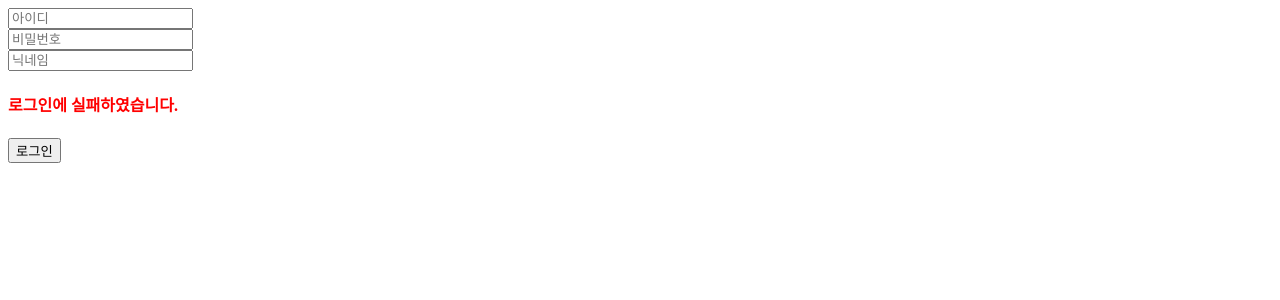
Repository: hanbeen03/javabasic
Page: http://localhost/JSPBasic/04-session/session_login.jsp
An editor plug-in stored every save of this project. The page is shown before and after the next save, followed by the edit.
The browser window is 1280 px wide. The pictures show the whole page.
The page is served by Tomcat 9.

Above is the page before, as saved 2021-08-03 05:21:31.

After the next save:
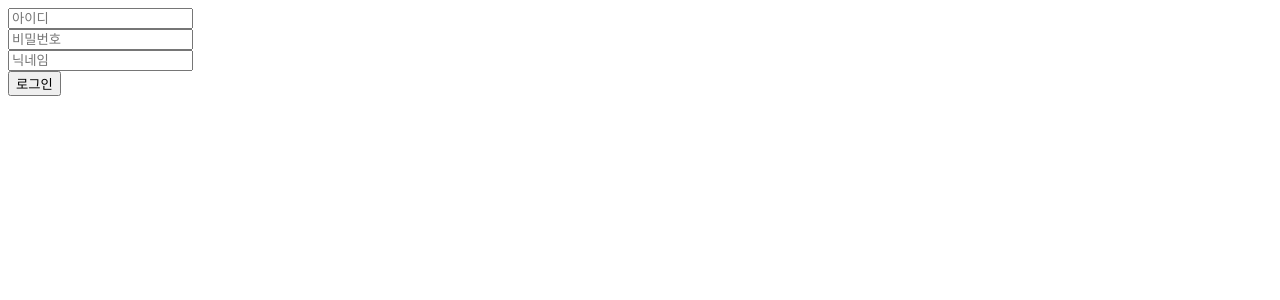
Saved 41 s later.
--- a/JSPBasic/WebContent/04-session/session_login.jsp
+++ b/JSPBasic/WebContent/04-session/session_login.jsp
@@ -29,9 +29,10 @@
 			pw = request.getParameter("loginPw");
 			}
 
-			if( !(id.equals("kkk1234")) || !(pw.equals("1111"))) { %>
-				<h4><font color="red">로그인에 실패하였습니다.</font></h4>
-		<% 	} %>
+			if(request.getParameter("loginId") != null) {
+				if( !(id.equals("kkk1234")) || !(pw.equals("1111"))) { %>
+					<h4><font color="red">로그인에 실패하였습니다.</font></h4>
+		<% 	} }%>
 
 
 		<input type="submit" value="로그인" />

After the save that followed:
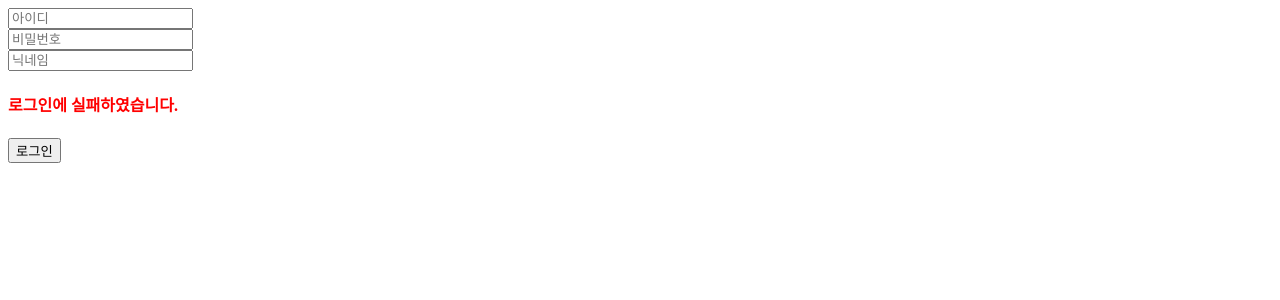
Saved 4 min 11 s later.
--- a/JSPBasic/WebContent/04-session/session_login.jsp
+++ b/JSPBasic/WebContent/04-session/session_login.jsp
@@ -14,25 +14,25 @@
 <title>Insert title here</title>
 </head>
 <body>
-	<form <%-- action="session_login_ok.jsp" --%> action="session_login.jsp" method="post">
+	<form action="session_login_ok.jsp" <%-- action="session_login.jsp" --%> method="post">
 		<input type="text" name="loginId" placeholder="아이디" /><br/>
 		<input type="password" name="loginPw" placeholder="비밀번호" /><br/>
 		<input type="text" name="loginNick" placeholder="닉네임" /><br/>
-		<%
+		<%--
 			request.setCharacterEncoding("utf-8");
 
 			String id = "";
 			String pw = "";
 
 			if(request.getParameter("loginId") != null) {
-			id = request.getParameter("loginId");
-			pw = request.getParameter("loginPw");
+				id = request.getParameter("loginId");
+				pw = request.getParameter("loginPw");
 			}
 
 			if(request.getParameter("loginId") != null) {
-				if( !(id.equals("kkk1234")) || !(pw.equals("1111"))) { %>
+				if( !(id.equals("kkk1234")) || !(pw.equals("1111"))) { --%>
 					<h4><font color="red">로그인에 실패하였습니다.</font></h4>
-		<% 	} }%>
+		<%-- 	} }--%>
 
 
 		<input type="submit" value="로그인" />
